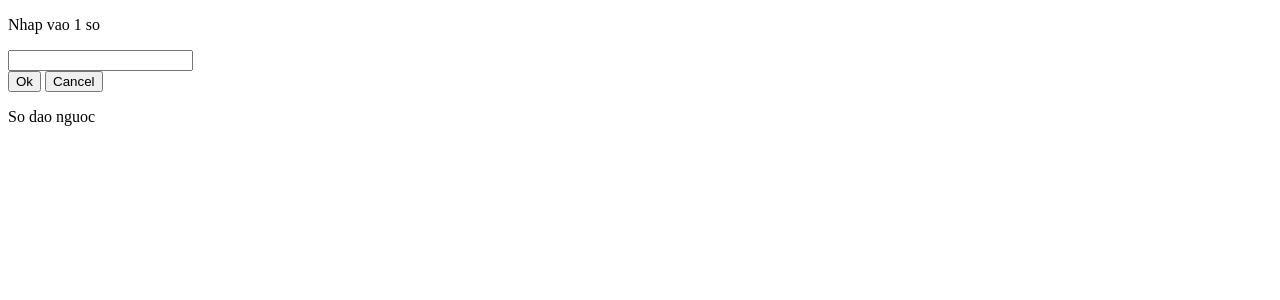
Repository: lhggiang/Sodaonguoc
Page: index.html
The author's editor kept a copy of each file at every save. The page is drawn from the files as they stood at one save, then again after the next save.
The browser window is 1280 px wide. The pictures show the whole page.

Above is the page before, as saved 2023-05-18 21:24:15.

After the next save:
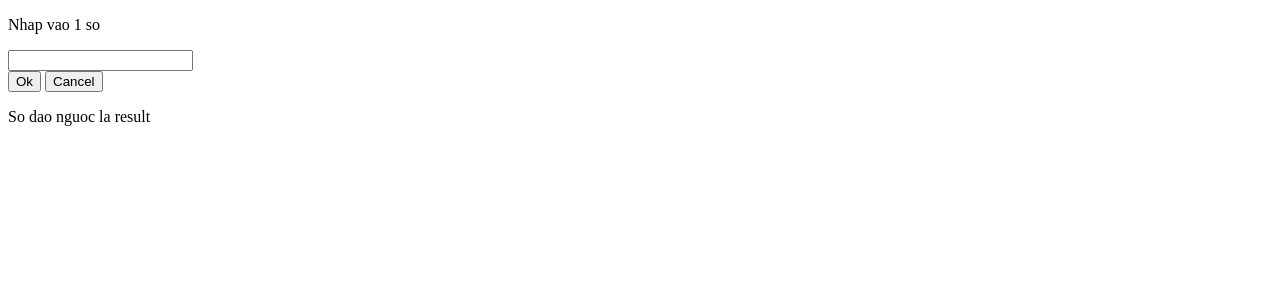
Saved 17 s later.
--- a/index.html
+++ b/index.html
@@ -16,7 +16,7 @@
             <button>Ok</button>
             <button>Cancel</button>
         </div>
-        <p>So dao nguoc</p>
+        <p>So dao nguoc la <span>result</span></p>
     </div>
 
     <script src="./javascript.js"></script>
